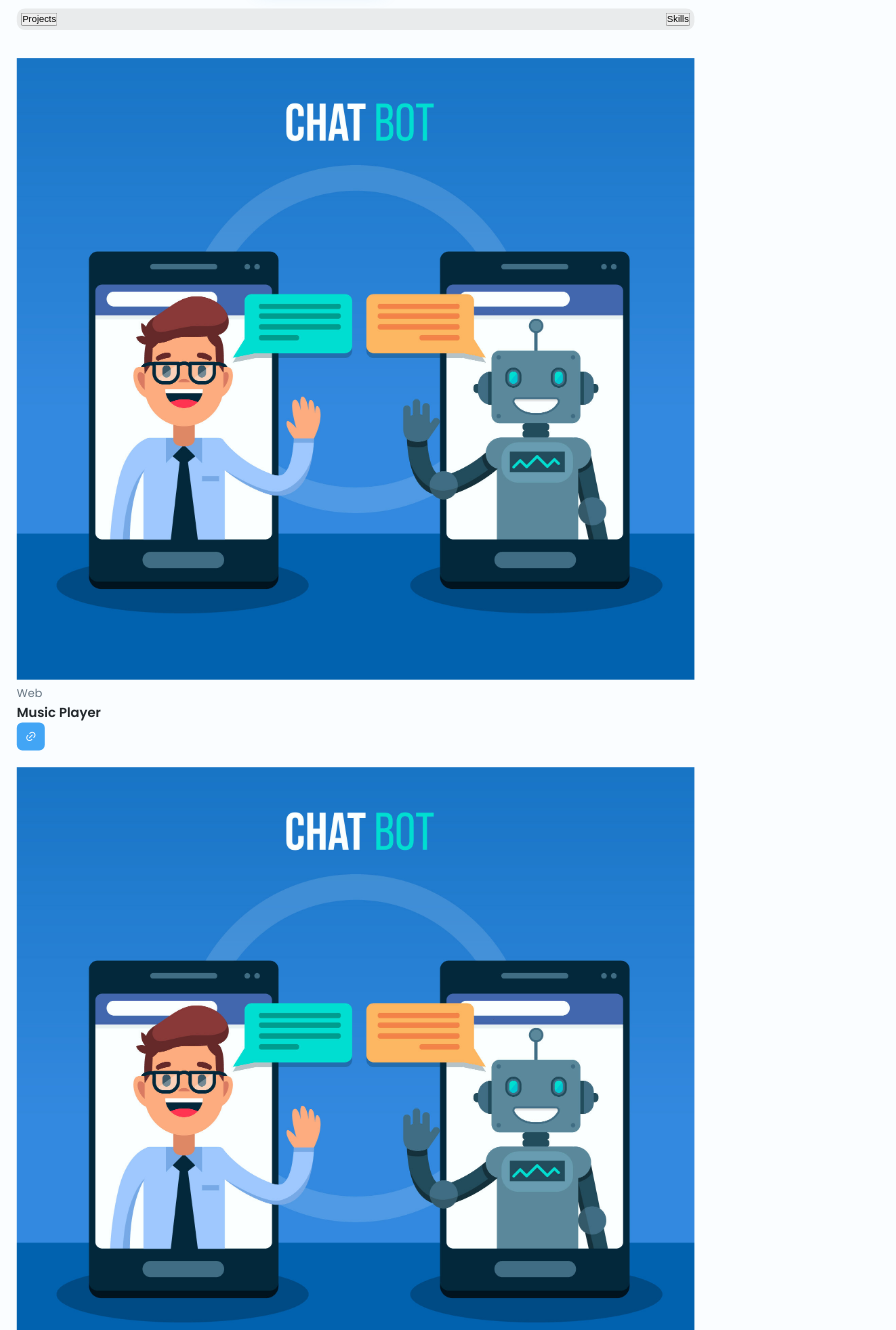
Repository: Kaii-Dev/Porfolio
Page: index.html
An editor plug-in stored every save of this project. The page is shown before and after a run of saves, followed by the edit.
The browser window is 1280 px wide. The pictures show the part of the page from y = 490 to 2390 px (the page is 4601 px tall), at 70% of full size.
A picture or video elsewhere on the page could not be fetched, so the positions and the page height are approximate. Some web libraries are served in a nearby version.

Above is the page before, as saved 2022-04-12 16:28:24.

After the next 3 saves:
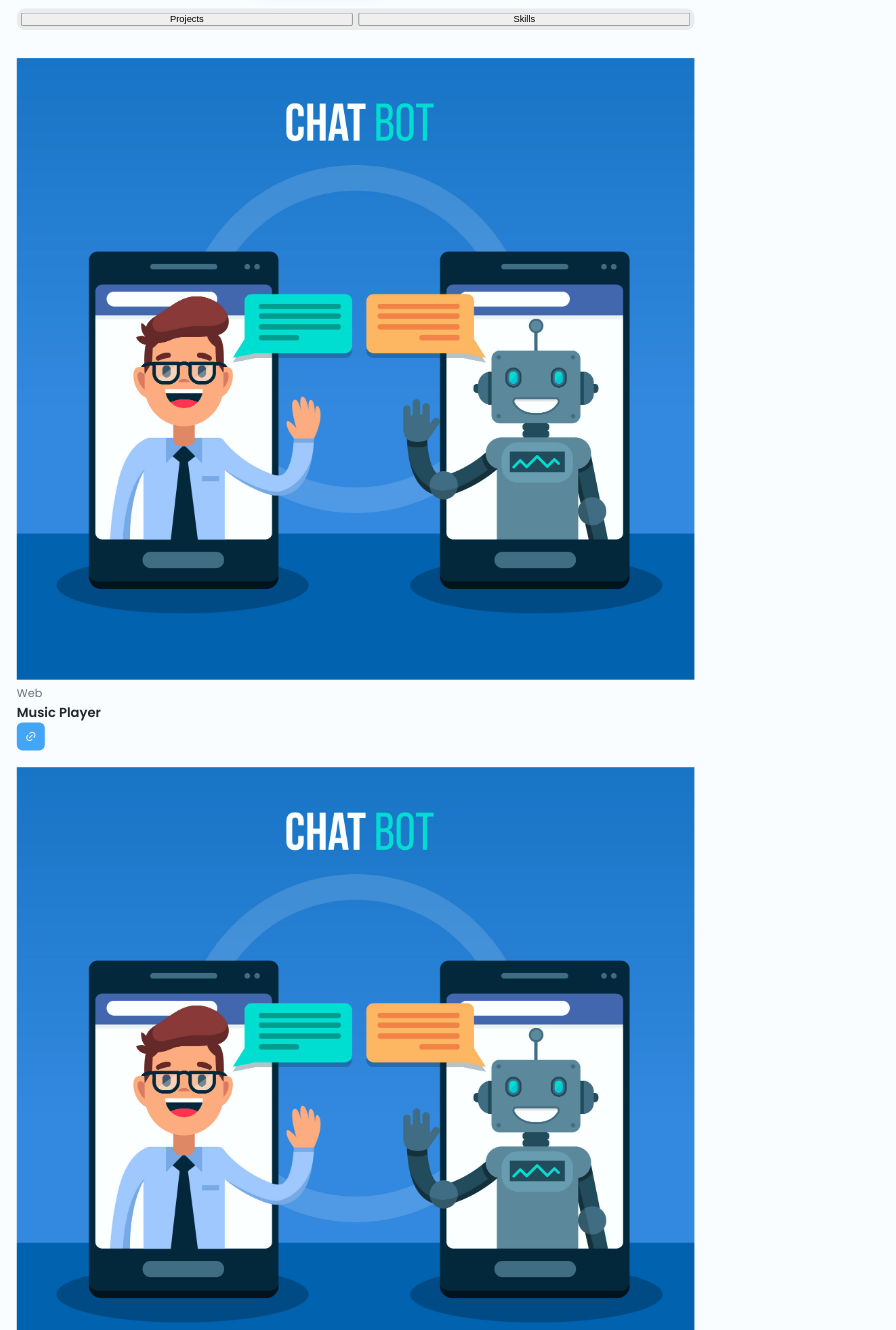
The 3 saves are shown as one change because they came seconds apart.
The last was saved 9 s later.
--- a/Assets/css/app.css
+++ b/Assets/css/app.css
@@ -230,4 +230,7 @@ img {
   column-gap: 0.5rem;
 }
 
-.filters__button
+.filters__button{
+   width: 100%;
+   border: no;
+}
